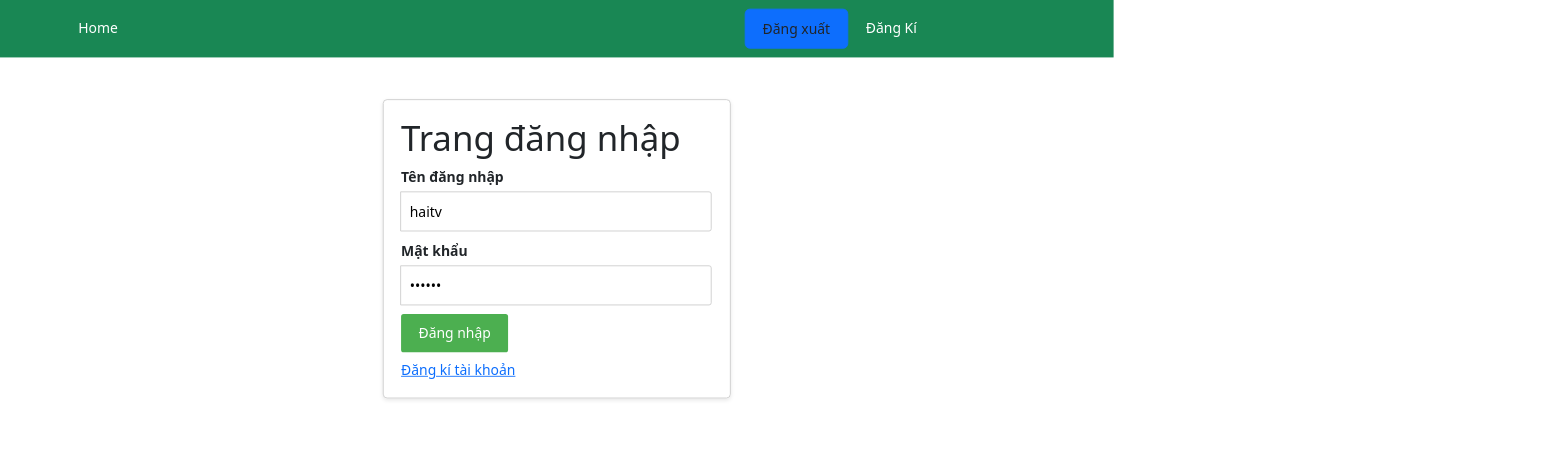
Repository: tung1999zxc/vue-project
Page: /login
An editor plug-in stored every save of this project. The page is shown before and after the next save, followed by the edit.
The browser window is 1280 px wide. The page is 1280 px wide, then 1801 px, so the pictures cover 1801 px, including what lies to the right of the window. The pictures show the whole page, at 87% of full size.
The project was rebuilt for these pictures with package versions that can differ from the ones it lists, and the page was loaded fresh each time. Also part of the build but not shown: vite.config.ts, src/components/test.vue, src/views/HomeView.vue, src/components/Regis.vue.

Above is the page before, as saved 2023-08-01 11:57:43.

### src/main.js


import { createApp } from 'vue';
import { createPinia } from 'pinia';



import App from './App.vue'
import router from './router/index'
import store from './store/index'


import 'bootstrap/dist/css/bootstrap.css'

const app = createApp(App)
app.use(createPinia())
app.use(router)
app.use(store)
app.mount('#app')

### src/App.vue
<template>
  <Menu/>
  <router-view></router-view>


</template>
<script setup lang="ts">
import axios from 'axios';
import { RouterLink, RouterView } from 'vue-router'
import Menu from './components/Menu.vue'


//import login from './components/login.vue'

// export default {
//   components: {
//     Menu,login2
//   },
// };

</script>

<style scoped>

</style>

### src/router/index.js
import { createRouter, createWebHistory } from 'vue-router'
import HomeView from '../views/HomeView.vue'
import Login from '../components/Login.vue'
import Regis from '../components/Regis.vue'

const router = createRouter({
  history: createWebHistory(import.meta.env.BASE_URL),
  routes : [
    {path: '/',component: HomeView,},
    {path: '/login',component:Login,},
    {path: '/Regis',component: Regis,},


  ]
})

export default router

### src/store/index.js
// store/index.js

import { createStore } from 'vuex'
import Vuex from 'vuex';
import auth from './auth';



const store = new Vuex.Store({
  modules: {
    auth, // Thêm Vuex module vào store với tên auth
  },
});

export default store;

### src/components/Menu.vue
<template>
    <div class="menu bg-success">
      <ul class="">
        <li><router-link to="/">Home</router-link></li>

        <li v-if="!checkAuthentication" class="ml-auto btn border-primary bg-primary" style="margin-left : 700px;">
         <router-link to="/Login">Đăng nhập</router-link>
         </li>
        <li v-if="checkAuthentication" class="ml-auto btn border-primary bg-primary" style="margin-left : 700px;">
         <a @click="logoutUser">Đăng xuất</a>
         </li>

        <li><router-link to="/Regis">Đăng Kí</router-link></li>
      </ul>
    </div>
  </template>

  <script>
  import 'bootstrap/dist/css/bootstrap.css';

  import { mapGetters , mapMutations} from 'vuex';
  export default {
    computed: {
    ...mapGetters('auth', ['isAuthenticated']), // Sử dụng getter isAuthenticated từ Vuex module auth
  },
    data() {
        return {
        //    token: localStorage.getItem('token'),
          //  isAuthenticated: null,
        }
    },

    methods: {
      // ...getMutations('auth',['setAuth']),


        checkAuthentication() {
      // Kiểm tra xem mã thông báo JWT đã tồn tại trong localStorage hay không
      const isAuthenticated = localStorage.getItem('token');
      // Hoặc bạn có thể sử dụng Vuex nếu bạn đang lưu trữ mã thông báo JWT trong Vuex
      // const token = this.$store.state.token;

      // Nếu tồn tại mã thông báo JWT và không hết hạn, xác định rằng người dùng đã đăng nhập
      if (isAuthenticated) {
        // Phân tích mã thông báo JWT để xem liệu nó còn hợp lệ hay đã hết hạn
        // Nếu mã thông báo hợp lệ, người dùng đã đăng nhập
        return true;
      } else {
        // Nếu không tồn tại mã thông báo JWT hoặc mã thông báo đã hết hạn, người dùng chưa đăng nhập
        return false;
      }
    },
        logoutUser(){
      // Xóa mã thông báo JWT khỏi localStorage khi đăng xuất
      localStorage.removeItem('token');
      // Hoặc đặt lại giá trị isAuthenticated về false khi đăng xuất
      this.setAuth = null;
      alert('đăng xuất thành  công');



    },
    },

  };
  </script>

  <style scoped>
  .menu {
    background-color: #f0f0f0;
  }

  ul {
    list-style: none;
    padding: 10px;
    margin: 0;
    margin-left: 60px;
    display: flex;
  }

  li {
    padding: 10px 20px;
  }

  a {
    text-decoration: none;
    color: white;
    font-weight: 500;
  }
  </style>

### src/components/login.vue
<template>
  <div  id="app" class="container mt-5 ">


      <!-- <div  class="row justify-content-center  ">
       <div class="col"> -->
          <h1>Trang đăng nhập</h1>
          <div class="input-group">
              <label for="username">Tên đăng nhập</label>
              <input v-model="username" type="text" id="username" placeholder="Tên đăng nhập">
          </div>
          <div class="input-group ">
              <label for="password">Mật khẩu</label>
              <input v-model="password" type="password" id="password" placeholder="Mật khẩu">
          </div>
          <button class="login-btn mb-2" @click="login">Đăng nhập</button>
          <div class="mx-auto"><router-link to="/Regis"><span class="text-primary">Đăng kí tài khoản</span></router-link></div>
       </div>

    <!-- </div>
   </div> -->
</template>


  <script>
  import axios from 'axios';


  export default {

    data() {
      return {
        username: "haitv",
        password: "123456",

      };
    },

    methods: {
      login() {
        // Lấy thông tin đăng nhập từ data
        const username = this.username;
        const password = this.password;

        // Gửi yêu cầu đăng nhập đến server
        axios.post('https://api.tranhai.net/api/auth/login', {
          username: username,
          password: password
        })
        .then(response => {
          const data = response.data;
          localStorage.setItem('token', data.access_token);
          alert('Đăng nhập thành công');

          this.$router.push('/')

          // console.log(data)
          // this.token = data.access_token;
        })
        .catch(error => {
          // Xử lý lỗi đăng nhập
          console.error(error);
          alert('Đăng nhập thất bại!');
        });
      }
    },
  };
  </script>

  <style scoped>
  body {
    font-family: Arial, sans-serif;
  }

  .container {
    max-width: 400px;
    margin: 0 auto;
    padding: 20px;
    border: 1px solid #ccc;
    border-radius: 5px;
    box-shadow: 0 2px 5px rgba(0, 0, 0, 0.1);
  }

  .input-group {
    margin-right: 20px;
    margin-bottom: 10px;
  }

  .input-group label {
    display: block;
    font-weight: bold;
    margin-bottom: 5px;
  }

  .input-group input {
    width: 100%;
    padding: 10px;
    border: 1px solid #ccc;
    border-radius: 3px;
  }

  .login-btn {
    background-color: #4CAF50;
    color: #fff;
    padding: 10px 20px;
    border: none;
    border-radius: 3px;
    cursor: pointer;
  }

  </style>

### src/store/auth.js
const state = {
  isAuthenticated: null,

  // Các thông tin người dùng khác nếu cần
};

const getters = {
  isAuthenticated: state => state.isAuthenticated,
  // Các getters khác nếu cần
};
  const mutations = {
    setAuth(state, value) {
      state.isAuthenticated = value;
    },
    // Các mutations khác nếu cần
  };

  const actions = {
    // Các actions liên quan đến đăng nhập và xác thực nếu cần
  };


  export default {
    state,
    mutations,
    actions,
    getters,
  };

Loaded but not shown: index.html (common file)

After the next save:
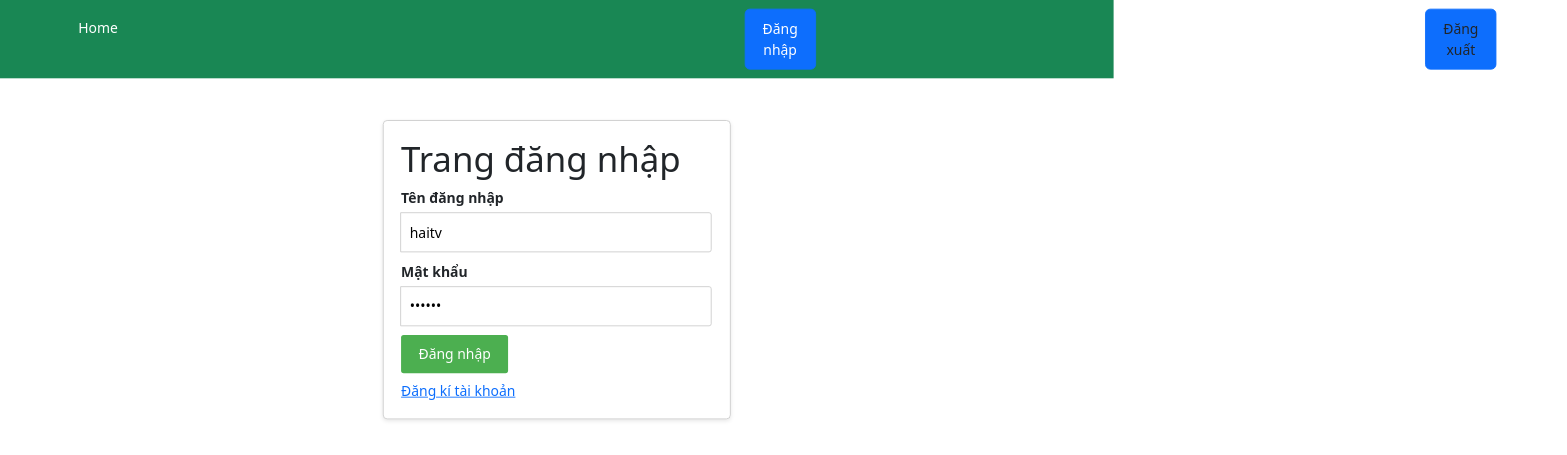
Saved 25 s later.
--- a/src/components/Menu.vue
+++ b/src/components/Menu.vue
@@ -3,7 +3,7 @@
       <ul class="">
         <li><router-link to="/">Home</router-link></li>
 
-        <li v-if="!checkAuthentication" class="ml-auto btn border-primary bg-primary" style="margin-left : 700px;">
+        <li v-if="checkAuthentication" class="ml-auto btn border-primary bg-primary" style="margin-left : 700px;">
          <router-link to="/Login">Đăng nhập</router-link>
          </li>
         <li v-if="checkAuthentication" class="ml-auto btn border-primary bg-primary" style="margin-left : 700px;">
